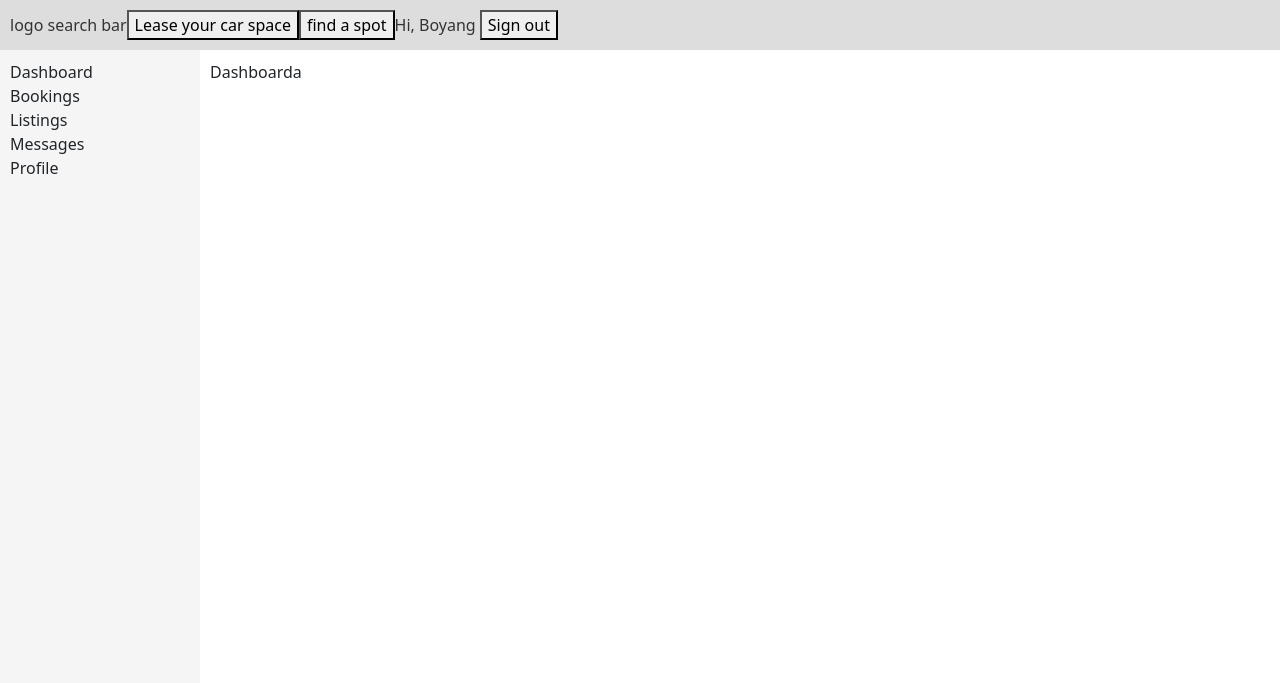
Repository: UNSWSpotFinder/SpotFinder
Page: /dashboard (app in frontend/)
An editor plug-in stored every save of this project. The page is shown before and after the next save, followed by the edit.
The browser window is 1280 px wide. The pictures show the whole page.
The project was rebuilt for these pictures with package versions that can differ from the ones it lists, and the page was loaded fresh each time. Also part of the build but not shown: frontend/src/Login.css, frontend/src/Login.jsx, frontend/src/Regist.css, frontend/src/Regist.jsx, frontend/src/HomePage.jsx, frontend/src/App.css, frontend/src/components/Bookings.jsx, frontend/src/components/Listings.jsx and 2 more.

Above is the page before, as saved 2024-03-09 18:46:58.

After the next save:
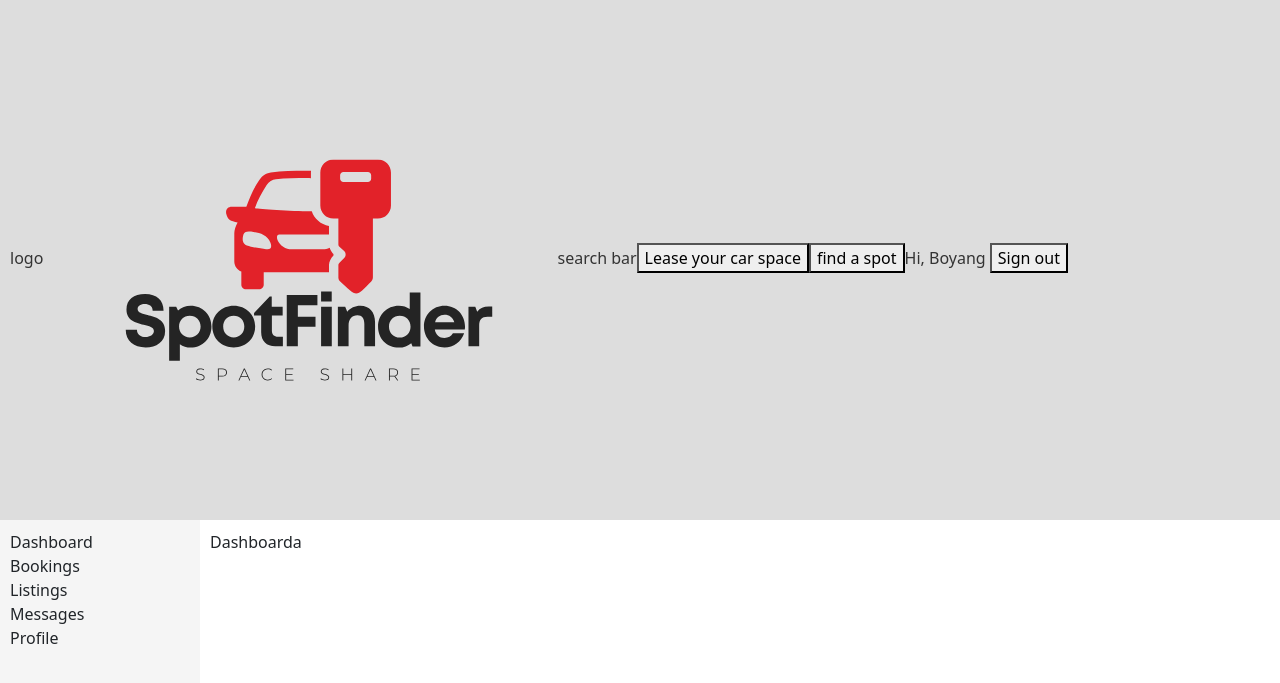
Saved 86 s later.
--- a/frontend/src/components/DashboardTop.jsx
+++ b/frontend/src/components/DashboardTop.jsx
@@ -7,6 +7,7 @@ const DashboardTop = () => {
     <div className="dashboard-top">
       <div className="top-nav">
         <span>logo </span>
+        <img src='/img/LOGO.svg' className='Applogo'></img>
         <span>search bar</span>
         <button>Lease your car space</button>
         <button>find a spot</button>
